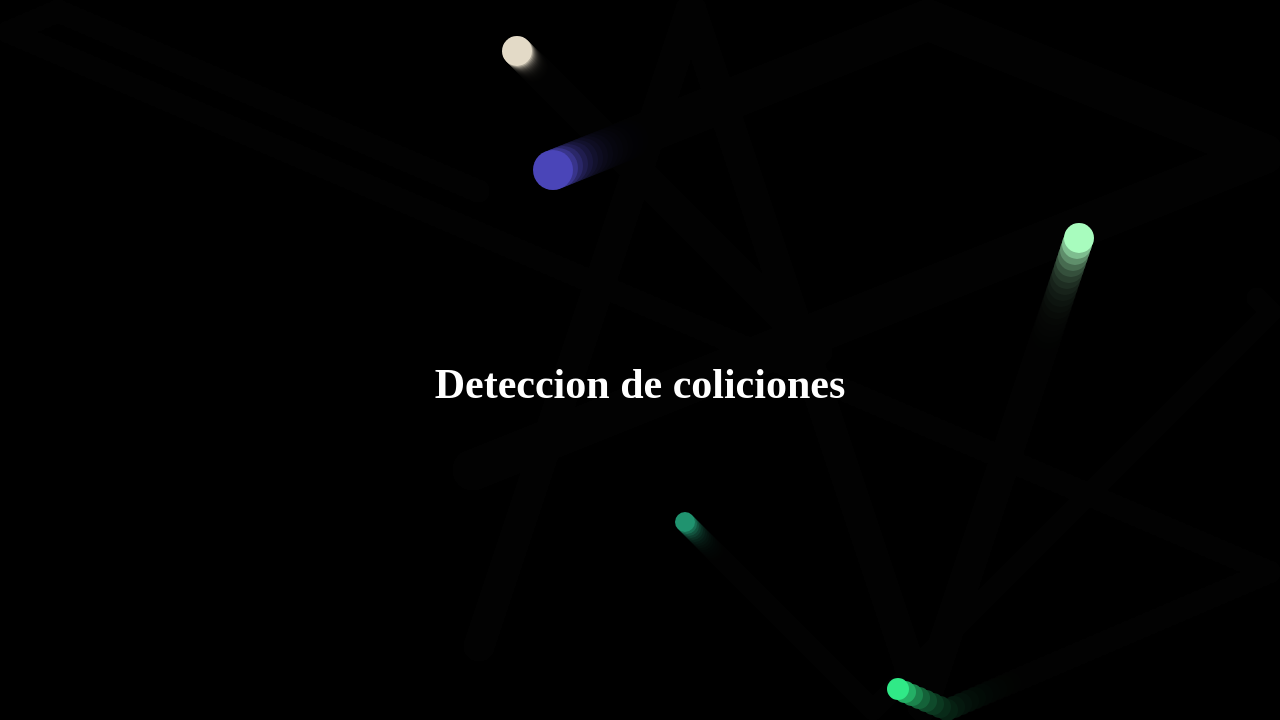
Repository: mvbri/Bouncing-Balls-Animation
Page: index.html
The author's editor kept a copy of each file at every save. The page is drawn from the files as they stood at one save, then again after the next save.
The browser window is 1280 px wide. The pictures show the whole page.

Above is the page before, as saved 2023-01-16 18:19:26.

After the next save:
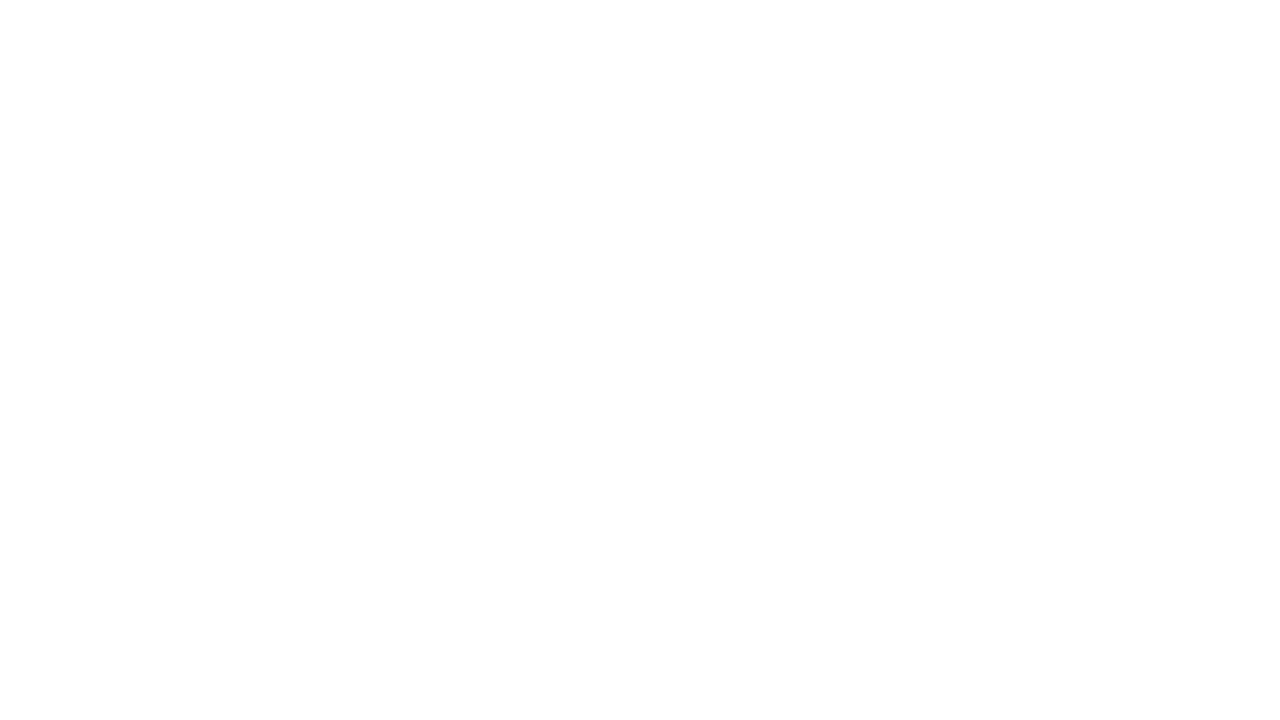
Console error: ReferenceError: myReq is not defined
Saved 20 s later.
--- a/bouncingBalls.js
+++ b/bouncingBalls.js
@@ -66,7 +66,7 @@
 		balls.push(ball);
 	}
 
-	if (resize) cancelAnimationFrame(myReq);
+	cancelAnimationFrame(myReq);
 
 	const loop = () => {
 		ctx.fillStyle = 'rgba(0, 0, 0, 0.25)';

After the save that followed:
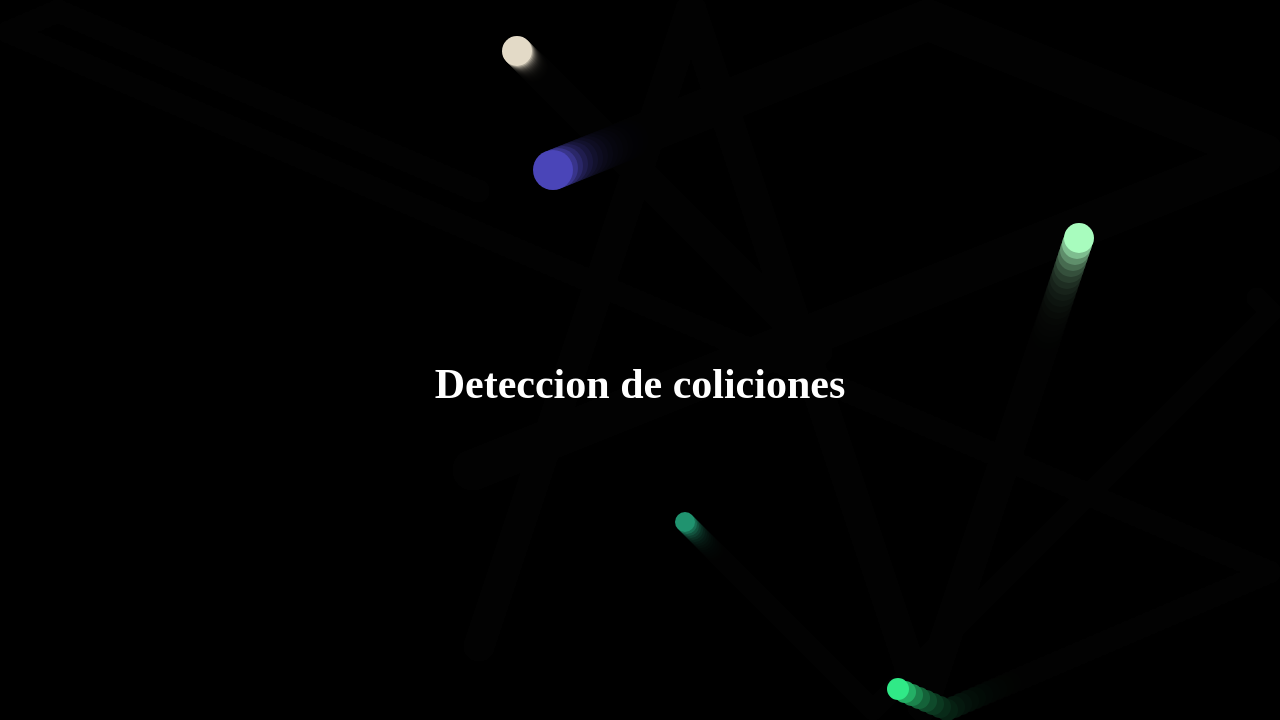
The error is gone.
Saved 21 s later.
--- a/bouncingBalls.js
+++ b/bouncingBalls.js
@@ -66,7 +66,7 @@
 		balls.push(ball);
 	}
 
-	cancelAnimationFrame(myReq);
+	if (resize) cancelAnimationFrame(myReq);
 
 	const loop = () => {
 		ctx.fillStyle = 'rgba(0, 0, 0, 0.25)';
